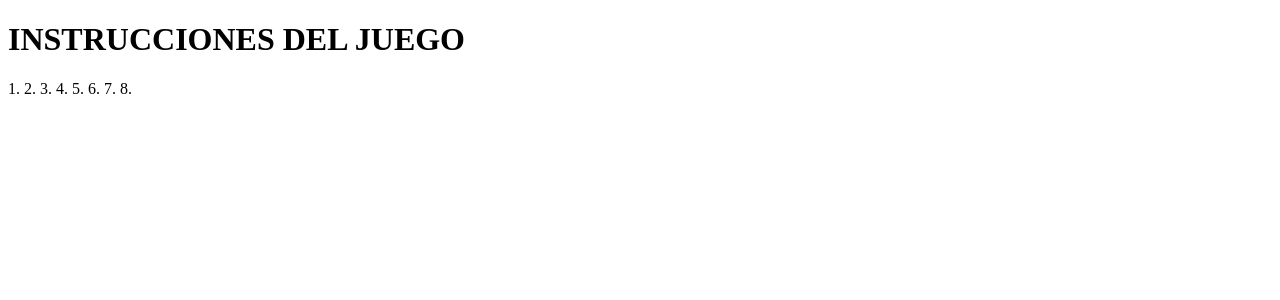
Repository: ValeriaLeonH/practica-Javascript-html-css
Page: instrucciones.html
An editor plug-in stored every save of this project. The page is shown before and after the next save, followed by the edit.
The browser window is 1280 px wide. The pictures show the whole page.

Above is the page before, as saved 2025-04-10 16:15:19.

After the next save:
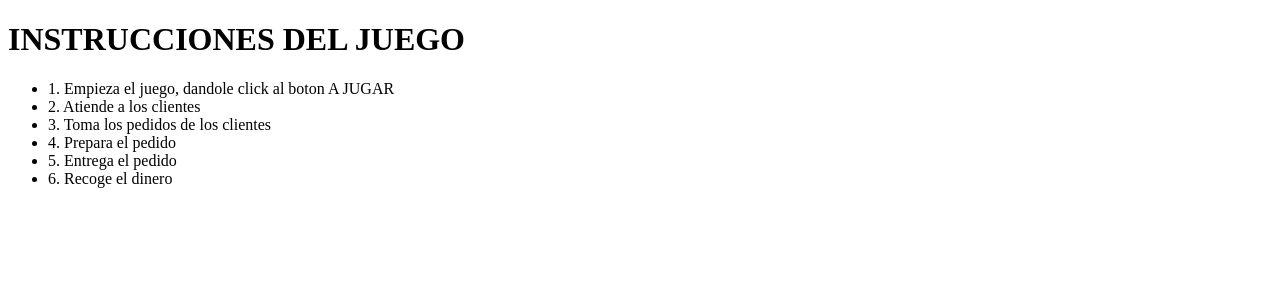
Saved 3 min 52 s later.
--- a/instrucciones.html
+++ b/instrucciones.html
@@ -7,15 +7,14 @@
   </head>
   <body>
     <h1>INSTRUCCIONES DEL JUEGO</h1>
-    <P>
-    1.
-        2.
-        3.
-        4.
-        5.
-        6.
-        7.
-        8.
-    </P>
+    <ul>
+        <li><a >1. Empieza el juego, dandole click al boton A JUGAR  </a></li>
+        <li><a >2. Atiende a los clientes  </a></li>
+        <li><a >3. Toma los pedidos de los clientes </a></li>
+        <li><a >4. Prepara el pedido </a></li>
+        <li><a >5. Entrega el pedido  </a></li>
+        <li><a >6. Recoge el dinero </a></li>
+
+    </ul>
   </body>
 </html>
